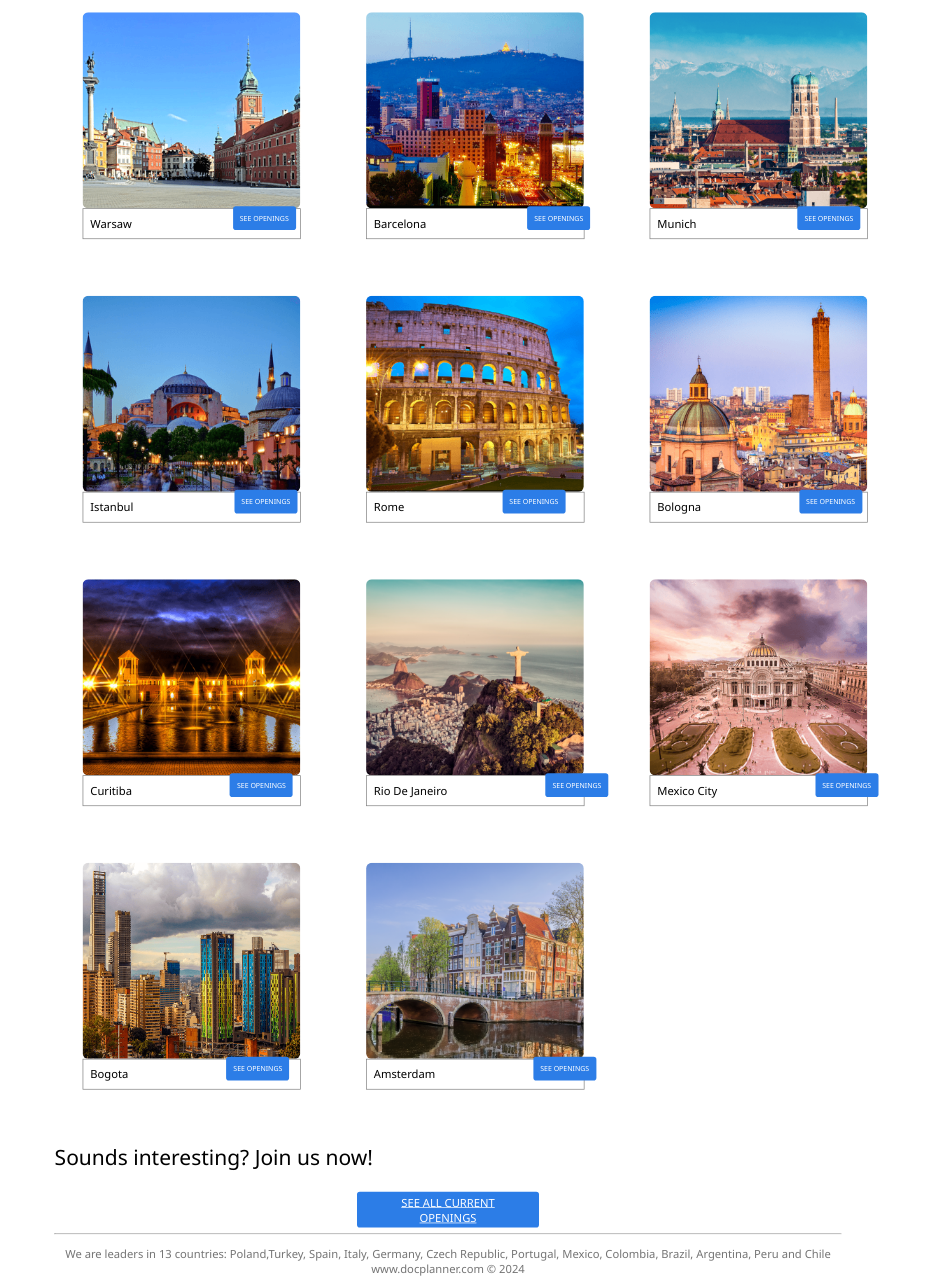
Repository: awa-creator/Checkpoint4
Page: doc.html
These files come from the project's save history. The page is drawn as it stood at one moment and after the next save; the edit follows.
The browser window is 1280 px wide. The page is 1328 px wide, so the pictures cover 1328 px, including what lies to the right of the window. The pictures show the part of the page from y = 1781 to 3621 px (the page is 3621 px tall), at 70% of full size.

Above is the page before, as saved 2024-09-25 00:40:25.

After the next save:
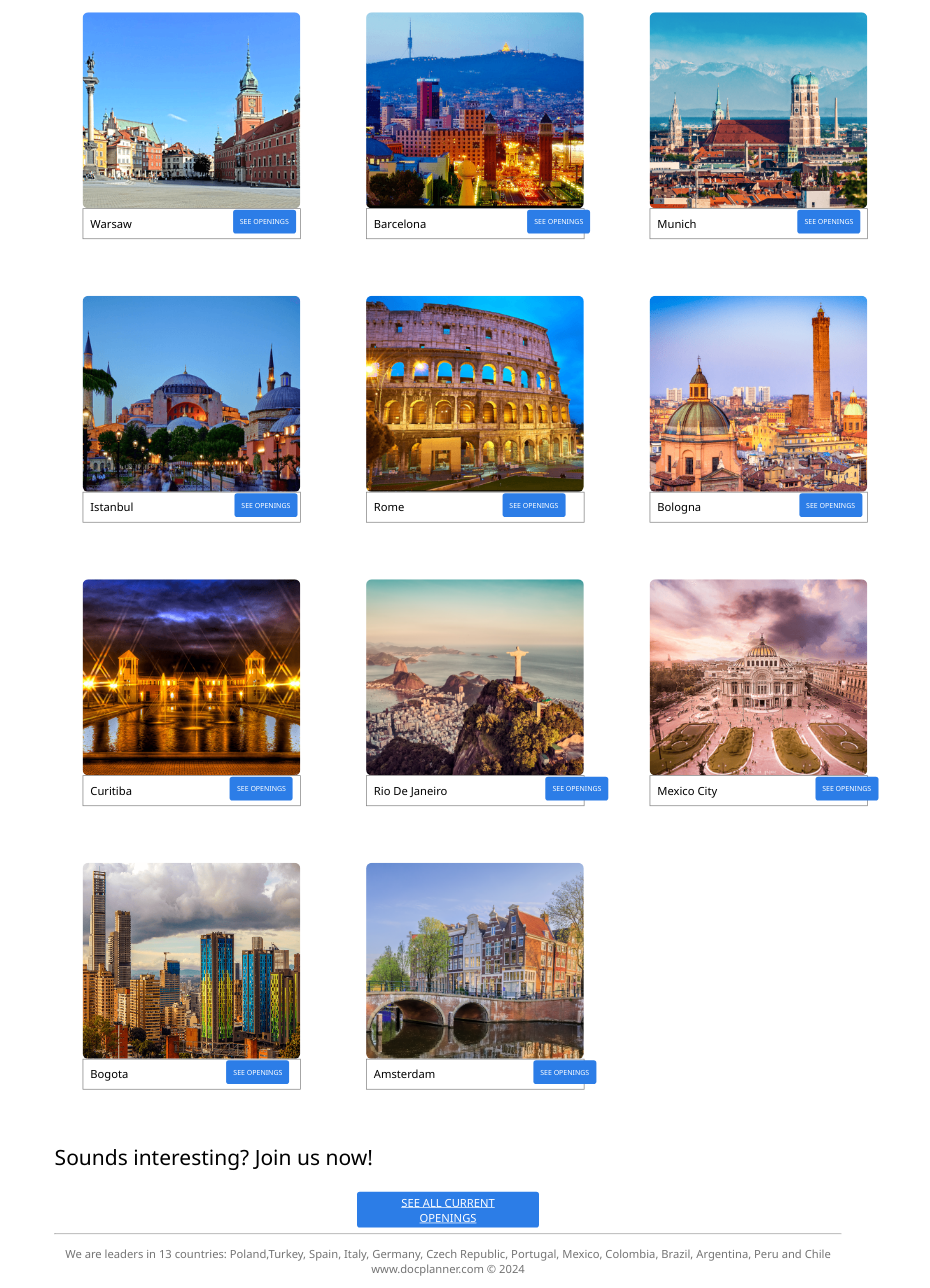
Saved 8 s later.
--- a/style1.css
+++ b/style1.css
@@ -300,7 +300,7 @@
     font-size: .625rem;
     padding: 1em 1.5em;
     border-radius: 4px;
-    bottom: 10px;
+    bottom: 5px;
 
 }
 .count,.count a{
